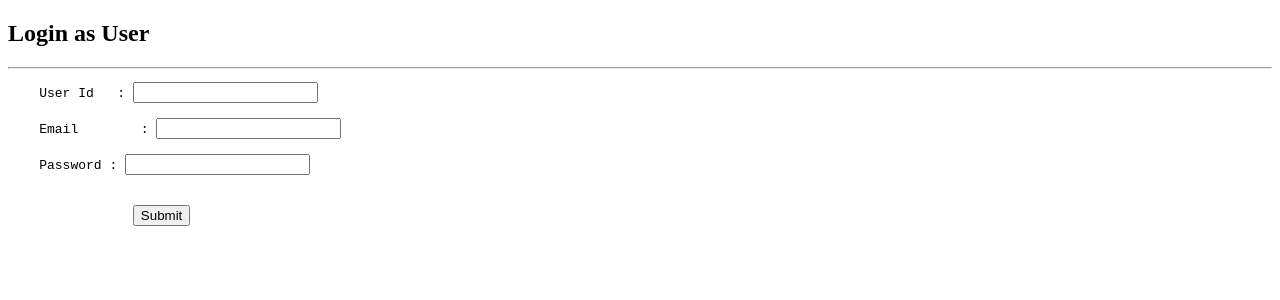
Repository: ShreyasG27/Amdocs-Training
Page: http://localhost/e-learning-frontend/loginuser.jsp
An editor plug-in stored every save of this project. The page is shown before and after the next save, followed by the edit.
The browser window is 1280 px wide. The pictures show the whole page.
The page is served by Tomcat 9.

Above is the page before, as saved 2021-08-20 10:03:42.

After the next save:
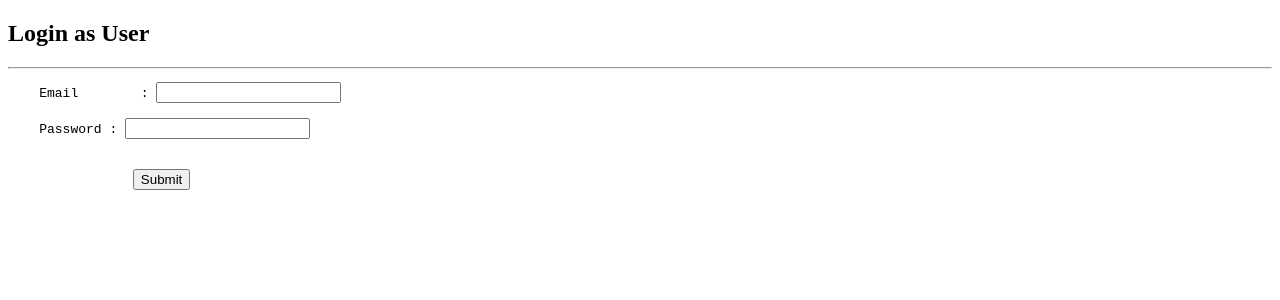
Saved 25 s later.
--- a/e-learning-frontend/src/main/webapp/loginuser.jsp
+++ b/e-learning-frontend/src/main/webapp/loginuser.jsp
@@ -11,7 +11,6 @@
 <hr>
 <form action="loginuser" method="POST">
     <pre>
-    User Id   : <input type="number" name="userid"><br>
     Email	 : <input type="email" name="email"><br>
     Password : <input type="password" name="password"><br>
 
